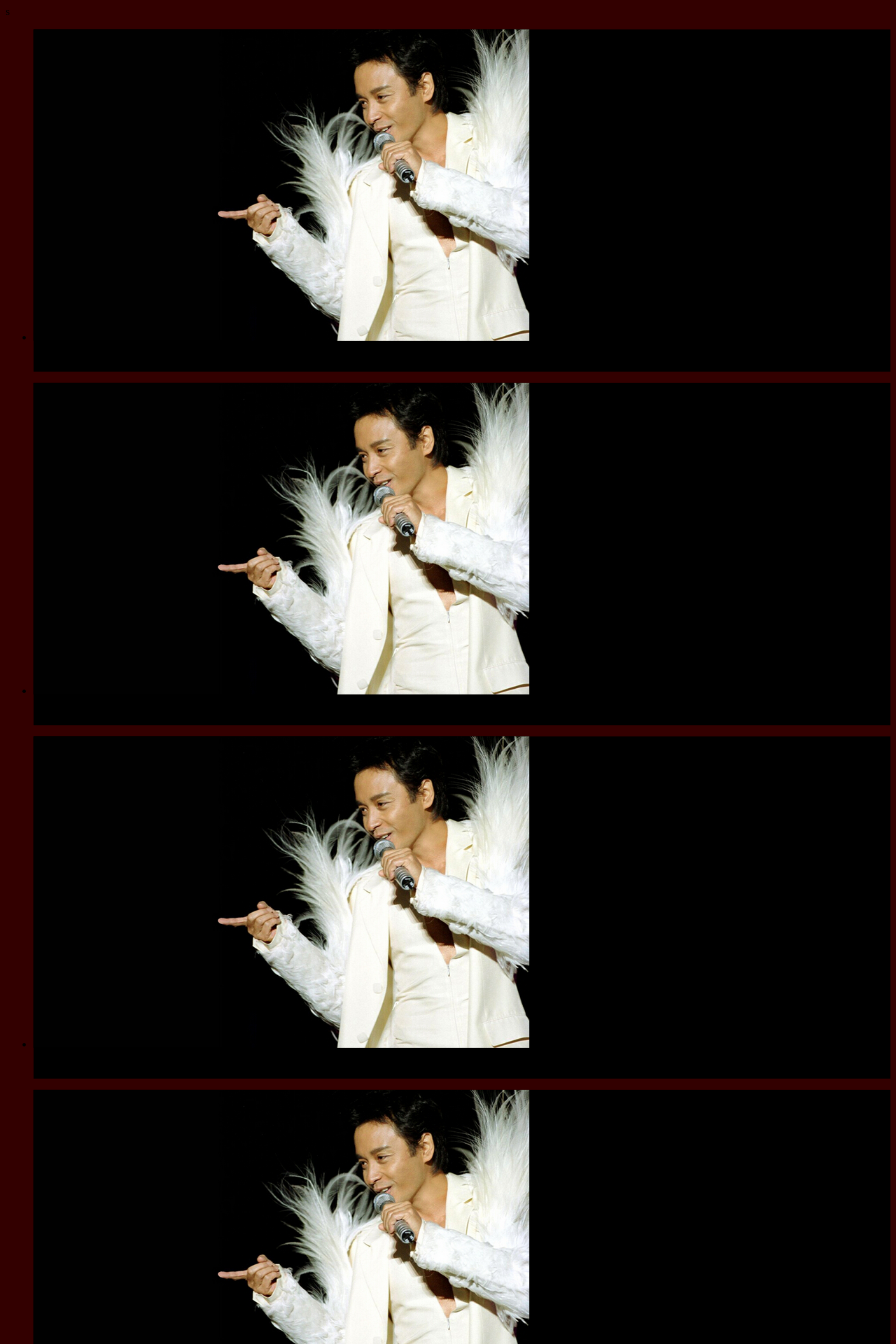
Repository: MasterKweng/workspace
Page: WebBasic/WebContent/Day02/photowall.html
These files come from the project's save history. The page is drawn as it stood at one moment and after the next save; the edit follows.
The browser window is 1280 px wide. The pictures show the part of the page from y = 0 to 1920 px (the page is 3072 px tall), at 70% of full size.

Above is the page before, as saved 2018-01-05 04:02:29.

After the next save:
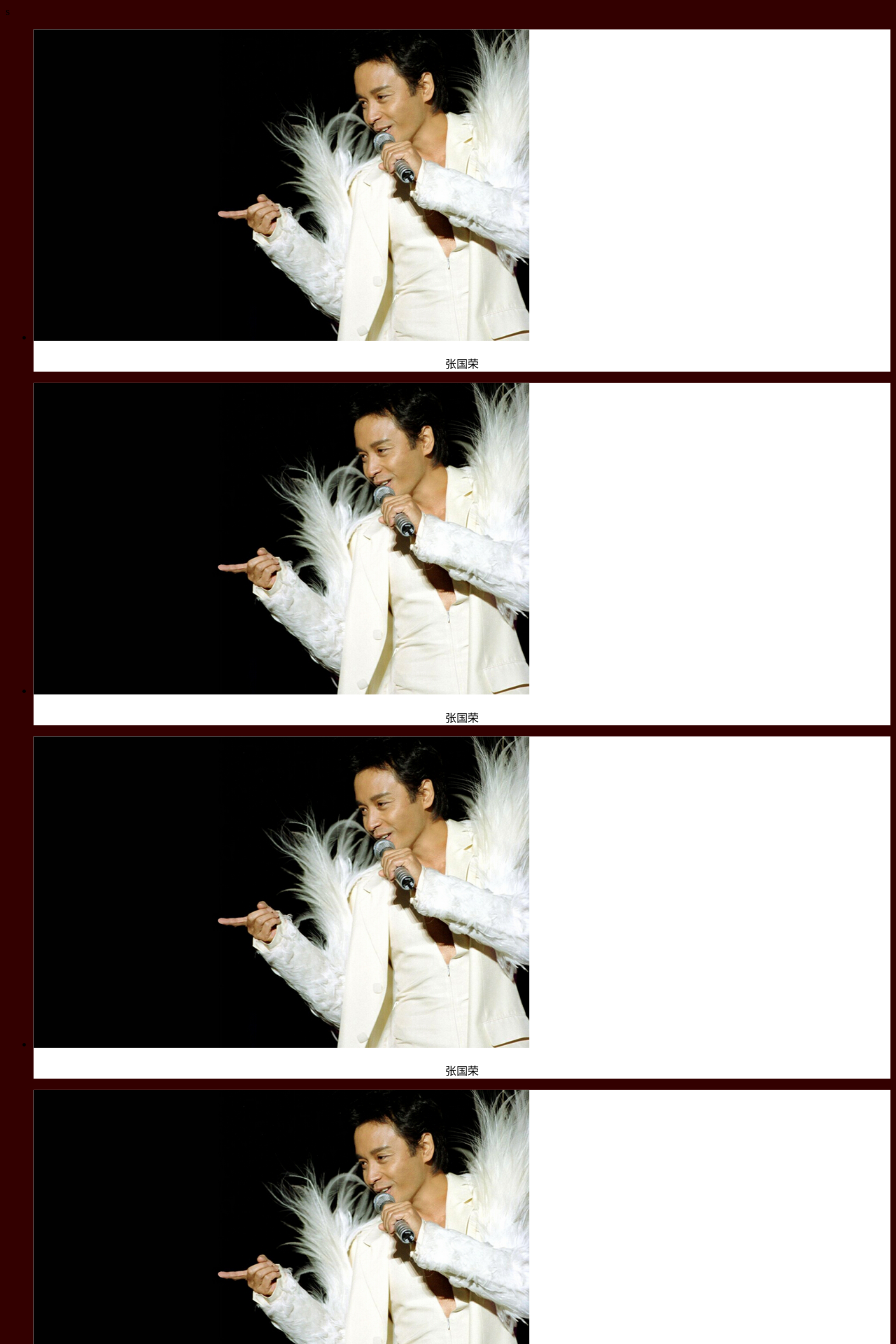
Saved 11 s later.
--- a/WebBasic/WebContent/Day02/photowall.html
+++ b/WebBasic/WebContent/Day02/photowall.html
@@ -11,7 +11,7 @@
 				background-color:#300;
 			}
 			li{
-				background-color:#000;
+				background-color:#fff;
 			}
 		</style>
 	</head>
